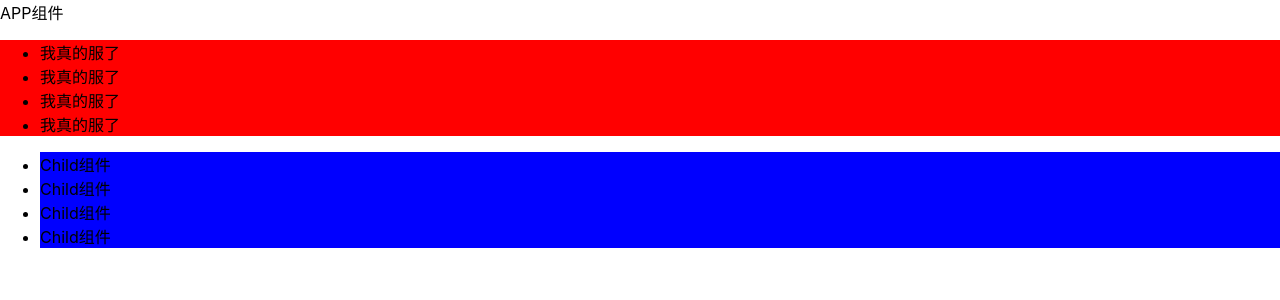
Repository: pagelam97/React-Test-Project
Page: /
An editor plug-in stored every save of this project. The page is shown before and after the next save, followed by the edit.
The browser window is 1280 px wide. The pictures show the whole page.
The project was rebuilt for these pictures with package versions that can differ from the ones it lists, and the page was loaded fresh each time.

Above is the page before, as saved 2022-09-01 16:05:45.

After the next save:
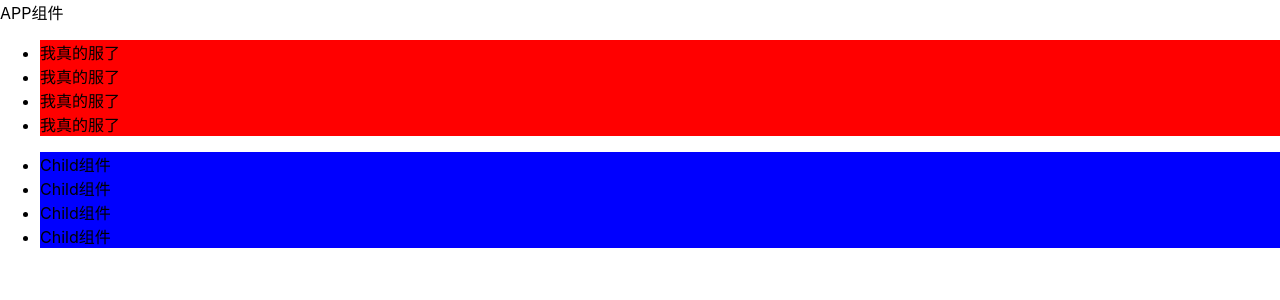
Saved 9 s later.
--- a/src/App.module.css
+++ b/src/App.module.css
@@ -1,3 +1,3 @@
-.appStyle {
+.appStyle li {
   background-color: red
 }
